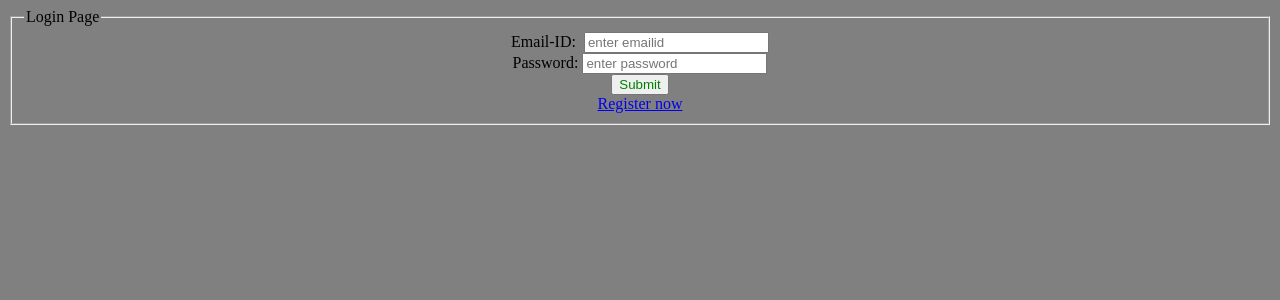
Repository: Tharungandhi/ServeltProject
Page: ServletJDBCApp/WebContent/login.html
The author's editor kept a copy of each file at every save. The page is drawn from the files as they stood at one save, then again after the next save.
The browser window is 1280 px wide. The pictures show the whole page.

Above is the page before, as saved 2019-01-29 10:48:49.

### ServletJDBCApp/WebContent/login.html
















<!DOCTYPE html>
<html>
<head>
<style>
    body {
      background-color: gray;
    }



</style>
<meta charset="UTF-8">
<title>Login Page</title>
</head>
<body>
<form action="login" method="post">

<fieldset>
<legend> Login Page</legend>
<div align="center">
<div>
<label>Email-ID:</label>
&nbsp;<input type="email" name="emailid"  placeholder="enter emailid" value="" required/> </div>
<div>
<label>Password:</label>
<input type="password" name="password"  placeholder="enter password" value="" required/> </div>
<input style='color: green' type="submit" name="submit"/>
<div>
<a href=registration.html> Register now </a> </div>
</div>
</fieldset>
</form>
</body>
</html>

After the next save:
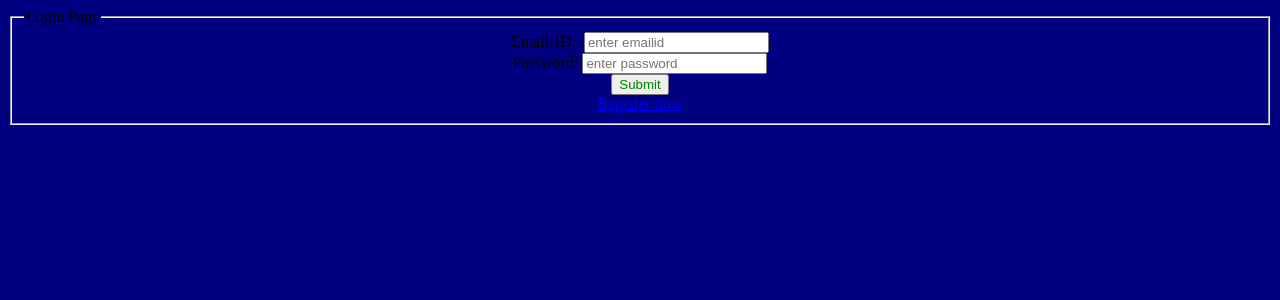
Saved 20 s later.
--- a/ServletJDBCApp/WebContent/login.html
+++ b/ServletJDBCApp/WebContent/login.html
@@ -19,7 +19,7 @@
 <head>
 <style>
     body {
-      background-color: gray;
+      background-color: navy;
     }
 
 
